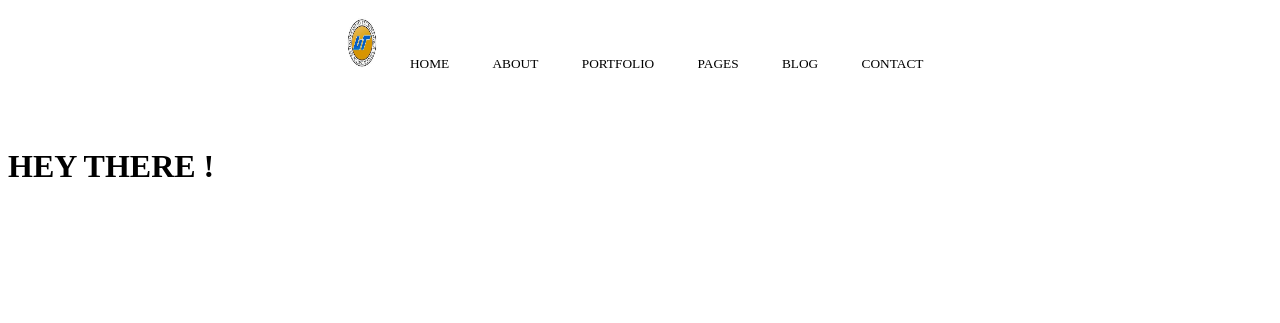
Repository: Armandoyerek11/proyectou1
Page: index.html
The author's editor kept a copy of each file at every save. The page is drawn from the files as they stood at one save, then again after the next save.
The browser window is 1280 px wide. The pictures show the whole page.

Above is the page before, as saved 2022-05-30 13:22:32.

After the next save:
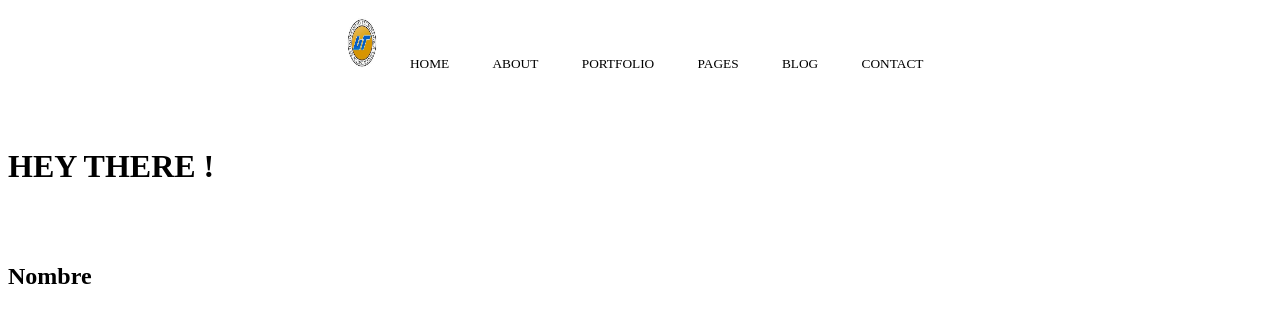
Saved 7 min 52 s later.
--- a/index.html
+++ b/index.html
@@ -23,6 +23,9 @@
     <br>
     </br>
     <h1> HEY THERE !</h1>
+    <br>
+    </br>
+    <h2>Nombre</h2>
 </body>
 
 </html>
